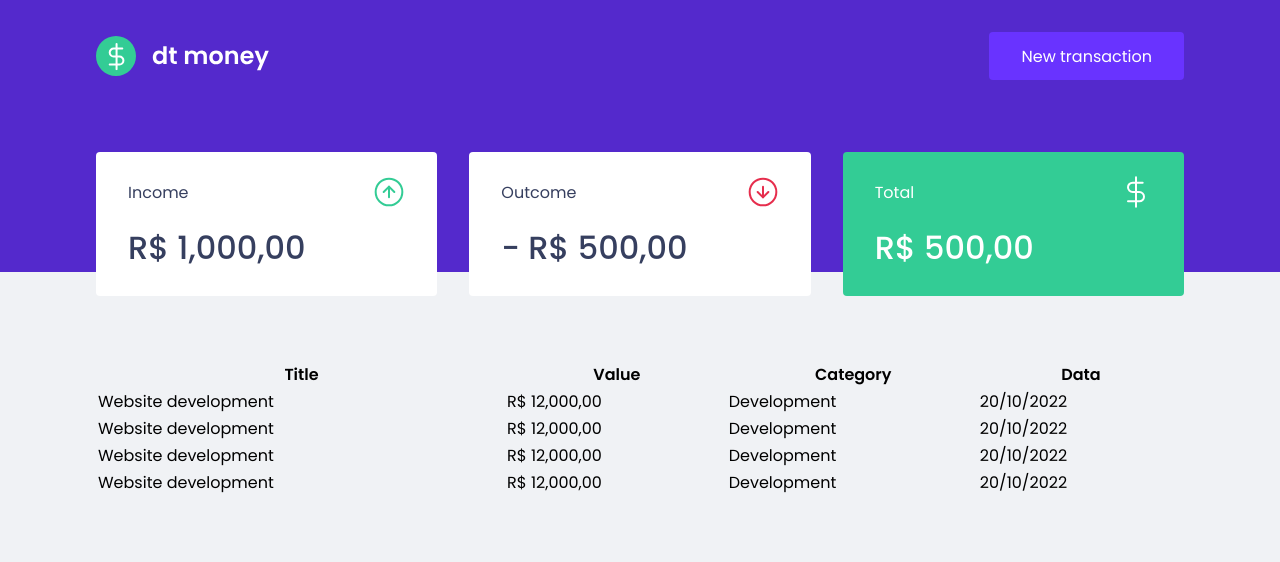
Repository: JoseGu1llardi/dtmoney
Page: /
These files come from the project's save history. The page is drawn as it stood at one moment and after the next save; the edit follows.
The browser window is 1280 px wide. The pictures show the whole page.
The project was rebuilt for these pictures with package versions that can differ from the ones it lists, and the page was loaded fresh each time.

Above is the page before, as saved 2022-12-30 15:34:45.

After the next save:
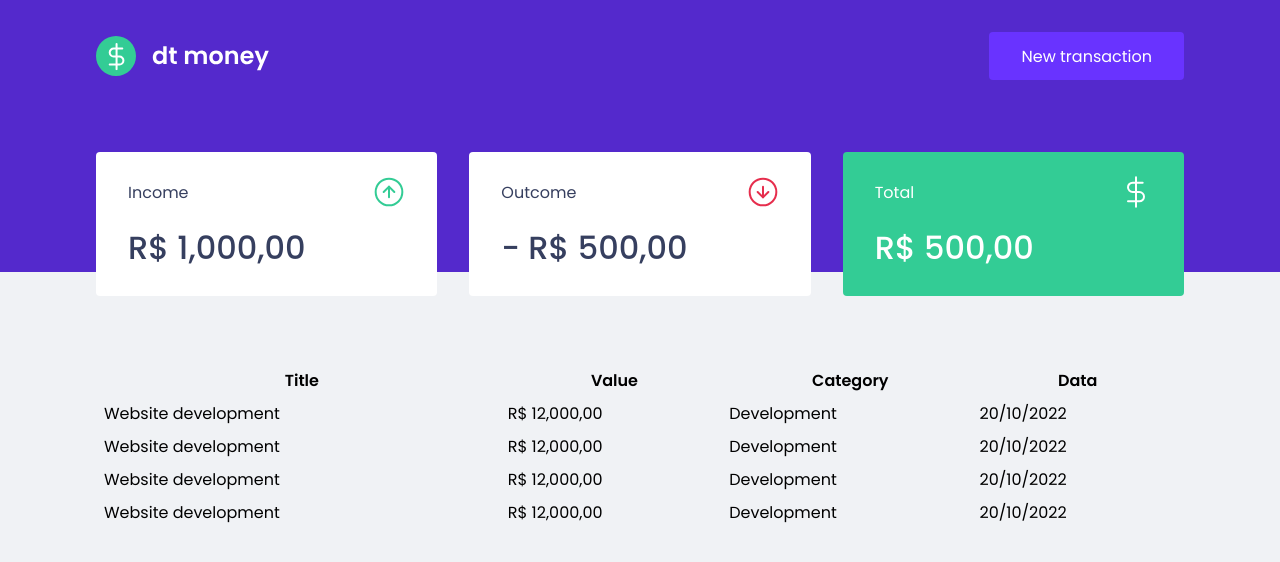
Saved 31 s later.
--- a/src/components/TransactionsTable/styles.ts
+++ b/src/components/TransactionsTable/styles.ts
@@ -5,5 +5,6 @@ export const Container = styled.div`
 
   table {
     width: 100%;
+    border-spacing: 0.5rem;
   }
 `;
